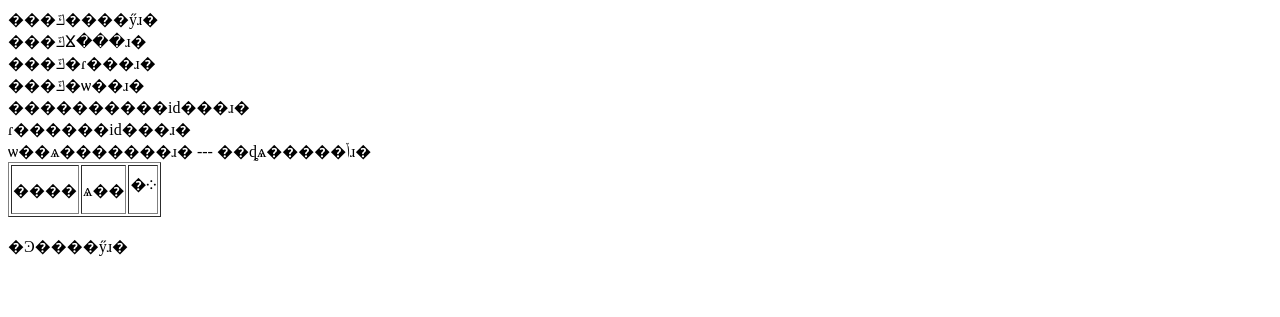
Repository: ZxxWs/P_M_learn
Page: http://localhost/
An editor plug-in stored every save of this project. The page is shown before and after the next save, followed by the edit.
The browser window is 1280 px wide. The pictures show the whole page.
The page is run by PHP 8.4 with error messages shown; the project is at /var/www/html/. Queries for data that is not in the repository find no rows.

Above is the page before, as saved 2019-03-13 10:16:58.

### Mysql_learn/index.php
<?php

//MySQL在PHP中的方法：mysqli_function(value,value1....)

//************************************************************
//连接MySQL：
$host='localhost:3306';                    //可选，主机名|IP
$username='root';          //可选，MySQL用户名
$password;          //可选，MySQL密码
$dbname;            //可选，默认数据库
$port;                  //端口号
$socket;            //规定socket
$conn=mysqli_connect($host,$username);
//mysqli_close($link);//关闭与于数据库的连接
if($conn)
    echo "数据库连接成功";
echo "<br />";

//************************************************************
//创建数据库
$create="create database phpcreat";
$createdatabase=mysqli_query($conn, $create);
if($createdatabase)
    echo "数据库创建成功";
else{
    die('连接失败: ' . mysqli_error($conn));
}
echo "<br />";

//删除数据库
$drop="drop database phpcreat";
$drop=mysqli_query($conn, $drop);
if($drop)
    echo "数据库删除成功";
else{
    die('连接失败: ' . mysqli_error($conn));
}
echo "<br />";


//************************************************************
//选择数据库
$dbname="test";
$select=mysqli_select_db($conn, $dbname);
if($select)
    echo "数据库选择成功";
    else{
        die('连接失败: ' . mysqli_error($conn));
    }
echo "<br />";


//************************************************************
//创建表
$table="create table phptable(id int)";
$createtable=mysqli_query($conn, $table);
if($createtable)
    echo "创建表：“id”成功";
else{
    die('连接失败: ' . mysqli_error($conn));
}
echo "<br />";

//删除表
$droptable="drop table phptable";
$droptablea=mysqli_query($conn, $droptable);
if($droptablea)
    echo "删除表“id”成功";
echo "<br/>";


//***********************
// 设置编码，防止中文乱码
mysqli_query($conn , "set names utf8");
//***********************
//向表中插入数据————>students:name,num,class
/*
$stuname="吴霜";
$stunum=1707004101;
$stuclass=17070144;
$sqldata="insert into students".
         "(name,num,class)".
         "values".
         "('$stuname','$stunum','$stuclass')";
$into=mysqli_query($conn, $sqldata);
if($into)
    echo "插入相关学生数据成功";
    echo "<br/>";
*/

//***********************************************************
//读取数据库
//读取数据库的方式多种多样
$readdata='select name,num,class from students';
$selecttable=mysqli_select_db($conn, 'test');//选择表
if($selecttable)
    echo "选择学生表单成功";
    echo "  ---  \0";
$readendl=mysqli_query($conn, $readdata);
if($readendl)
    echo "读取学生数据成功";
    echo "<br/>";

echo '<table border="1"><td>姓名</td><td>学号</td><td>班级</td></tr>';
while($whilee=mysqli_fetch_array($readendl,MYSQLI_ASSOC)){//每次读取的数据会复制给$whilee
    echo "<tr><td>{$whilee['name']}</td>".                //参数MYSQLI_ASSOC查询结果返回关联数据
        "<td>{$whilee['num']}</td>".
        "<td>{$whilee['class']}</td>".
        "</tr>";
}
echo '</table>'."<br/>";


 //释放内存
mysqli_free_result($readendl);
$close=mysqli_close($conn);
if($close)
    echo "断开连接成功";

After the next save:
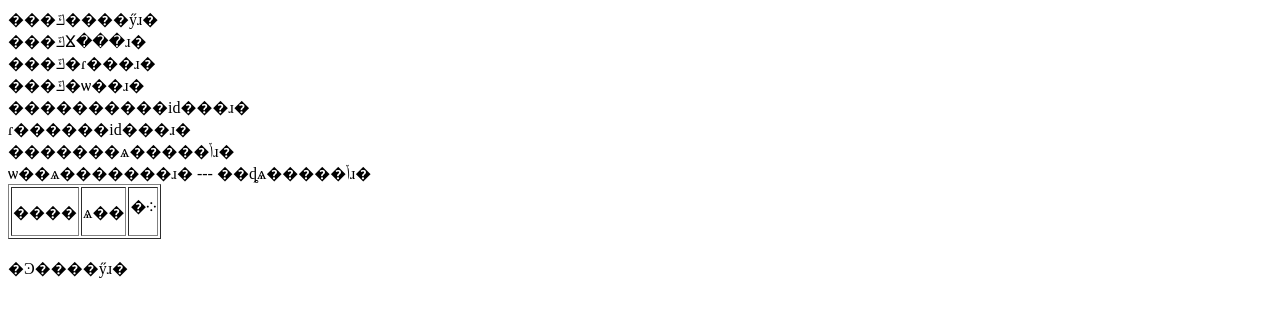
Saved 26 s later.
--- a/Mysql_learn/index.php
+++ b/Mysql_learn/index.php
@@ -74,7 +74,6 @@ echo "<br/>";
 mysqli_query($conn , "set names utf8");
 //***********************
 //向表中插入数据————>students:name,num,class
-/*
 $stuname="吴霜";
 $stunum=1707004101;
 $stuclass=17070144;
@@ -86,7 +85,7 @@ $into=mysqli_query($conn, $sqldata);
 if($into)
     echo "插入相关学生数据成功";
     echo "<br/>";
-*/
+
 
 //***********************************************************
 //读取数据库
